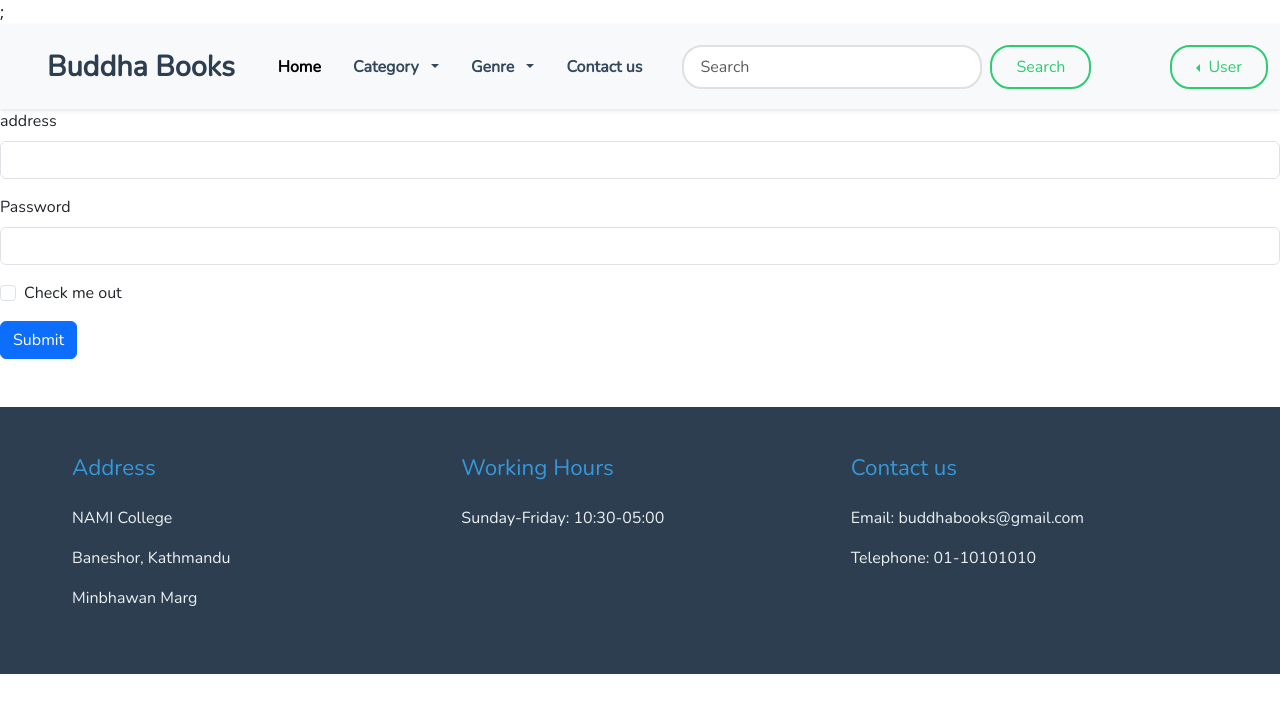
Repository: Shuprawal/Library-Management-System
Page: resources/views/addProfile.blade.php
An editor plug-in stored every save of this project. The page is shown before and after the next save, followed by the edit.
The browser window is 1280 px wide. The pictures show the whole page.
Some web libraries are served in a nearby version. The page is served by the project's Laravel application, run on PHP 8.4 with Laravel 12. Other server files are loaded and not shown. The database holds what the project's SQL file puts in it. The template is opened directly, without the code that normally fills it, so the values that code supplies are empty.

Above is the page before, as saved 2024-12-29 12:40:14.

### app/Providers/AppServiceProvider.php
<?php

namespace App\Providers;

use App\Models\Publisher;
use Illuminate\Support\ServiceProvider;
use Illuminate\Support\Facades\View;
use App\Models\Genre;
use App\Models\Author;
use App\Models\Book;
class AppServiceProvider extends ServiceProvider
{
    /**
     * Register any application services.
     */
    public function register(): void
    {
        //
    }

    /**
     * Bootstrap any application services.
     */
    public function boot(): void
    {
        //
        View::composer(['kitab', 'allbooklist', 'layouts.try'], function ($view) {
            $view->with('genres', Genre::all());
        });

        View::composer(['kitab', 'allbooklist', 'layouts.try'], function ($view) {
            $view->with('authors', Author::all());
        });

        View::composer(['kitab', 'allbooklist', 'layouts.try'], function ($view) {
            $view->with('publishers', Publisher::all());
        });

        View::composer(['list', 'index'], function ($view) {
            $view->with('books', Book::with(['authors', 'genres', 'publisher'])->get());
        });


        // View::composer('book', function ($view) {
        //     $view->with('book', function () {
        //         // Retrieve the book ID from the route
        //         $id = request()->route('id');

        //         // Fetch the book along with related models
        //         return Book::with(['authors', 'genres', 'publisher'])->findOrFail($id);
        //     });
        // });
        // public function index()
        // {
        //     $books = Book::with(['authors', 'genres', 'publisher'])->get();
        //     return view('allbooklist', compact('books'));
        // }
    }
}

### routes/web.php
<?php
use App\Http\Controllers\BookController;
use App\Http\Controllers\AuthorController;
use App\Http\Controllers\PublisherController;
use App\Http\Controllers\ProfileController;
use App\Http\Controllers\GenreController;
use Illuminate\Support\Facades\Route;
use Illuminate\Support\Facades\Auth;
use Laravel\Jetstream\Http\Controllers\Inertia\UserProfileController;

Route::get('/login', function () {
    return view('login');
})->name('login');

Route::get('/data', function () {
    return view('data');
});

Route::middleware([
    'auth:sanctum',
    config('jetstream.auth_session'),
    'verified',
])->group(function () {
    Route::get('/dashboard', function () {
        return view('dashboard');
    })->name('dashboard');
});

Route::get('/new', function () {
    return view('new');
});

Route::get('/', function () {
    return view('index');
})->name('home');



Route::get('/allist', function () {
    return view('authorlist');
})->name('authorlist');

Route::get('/addauthor', function () {
    return view('author.addauthor');
});


Route::get('/book', function () {
    return view('book');
})->name('book');

Route::get('/book2', function () {
    return view('book2');
})->name('book2');

Route::get('/booklist', function () {
    return view('booklist');
});

Route::get('/add', function () {
    return view('add');
});

Route::get('/addbook', function () {
    return view('addbook');
});

Route::get('/kitab', function () {
    return view('kitab');
})->name('kitab');

Route::get('/addmore', function () {
    return view('addmore');
});

Route::get('/addgenre', function () {
    return view('addgenre');
});

Route::get('/addpublisher', function () {
    return view('addpublisher');
});

Auth::routes();

// Route::get('/home', [App\Http\Controllers\HomeController::class, 'index'])->name('index');

// Route ::get('addpublisher',[PublisherController::class, 'index'])->name('publisher.index');
// Route ::get('addpublisher',[PublisherController::class, 'create'])->name('publisher.create');
// Route ::post('pulish',[PublisherController::class, 'store'])->name('publisher.store');


// Display a list of publishers (index)
Route::get('publishers', [PublisherController::class, 'index'])->name('publisher.index');

// Display the form to add a publisher (create)
Route::get('addpublisher', [PublisherController::class, 'create'])->name('publisher.create');

// Store the new publisher (store)
Route::post('addpublisher', [PublisherController::class, 'store'])->name('publisher.store');
Route::post('addpublisher', [PublisherController::class, 'store'])->name('publisher.store');
Route::post('kitab', [BookController::class, 'store'])->name('book.store');






Route::get('genres', [GenreController::class, 'index'])->name('genre.index');


Route::get('addgenre', [GenreController::class, 'create'])->name('genre.create');


Route::post('addgenre', [GenreController::class, 'store'])->name('genre.store');

// Route::get('/books/{genre}', [BookController::class, 'listByGenre'])->name('booklist');




Route::get('authors', [AuthorController::class, 'index'])->name('author.index');


Route::get('addauthor', [AuthorController::class, 'create'])->name('author.create');


Route::post('addauthor', [AuthorController::class, 'store'])->name('author.store');




Route::get('books', [BookController::class, 'index'])->name('book.index');


Route::get('kitab', [BookController::class, 'create'])->name('book.create');


Route::post('kitab', [BookController::class, 'store'])->name('book.store');

// Route::post('/kitab', [BookController::class, 'store']);

Route::get('/addNewBook',function(){
    return view('addNewBook');
})->name('new');


Route::get('/list', function () {
    return view('list');
})->name('list');


// Route::get('/booklist', function () {
//     return view('booklist');
// })->name('booklist');

Route::get('authorlist', [AuthorController::class, 'index'])->name('authorlist');
Route::delete('autorlist/{id}', [AuthorController::class, 'destroy'])->name('delete_author');

Route::get('genrelist', [GenreController::class, 'index'])->name('genrelist');
Route::delete('genrelist/{id}', [GenreController::class, 'destroy'])->name('delete_genre');

Route::get('publisherlist', [PublisherController::class, 'index'])->name('publisherlist');
Route::delete('publisher/{id}', [PublisherController::class, 'destroy'])->name('delete_publisher');


Route::get('allbooklist', [BookController::class, 'index'])->name('allbooklist');
Route::delete('allbooklist/{id}', [BookController::class, 'destroy'])->name('delete_book');

Route::get('/book/{id}', [BookController::class, 'show'])->name('book');


 Route::post('/publisherEdit/{id}', [PublisherController::class, 'edit'])->name('publisher_edit');


Route::get('/publisherEdit/{id}', [PublisherController::class, 'edit'])->name('publisher_edit');
Route::put('/publisherEdit/{id}', [PublisherController::class, 'update'])->name('publisher_update');



Route::post('/authorEdit/{id}', [AuthorController::class, 'edit'])->name('author_edit');


Route::get('/authorEdit/{id}', [AuthorController::class, 'edit'])->name('author_edit');
Route::put('/authorEdit/{id}', [AuthorController::class, 'update'])->name('author_update');


Route::post('/genreEdit/{id}',[GenreController::class,'edit'])->name('genre_edit');
Route::get('/genreEdit/{id}',[GenreController::class,'edit'])->name('genre_edit');
Route::put('genreEdit/{id}',[GenreController::class,'update'])->name('genre_update');

Route::get('bookEdit/{id}',[BookController::class,'edit'])->name('book_edit');
Route::post('bookEdit/{id}',[BookController::class,'edit'])->name('book_edit');
Route::put('bookEdit/{id}',[BookController::class,'update'])->name('book_update');

 Route::get('booklist/{id}',[BookController::class,'getBooksByGenre'])->name('booklist');







//  show profile

Route::middleware('auth')->group(function(){

    Route::get('profile',[ProfileController::class,'show'])->name('showProfile');
    Route::get('addprofile',[ProfileController::class,'create'])->name('profilecreate');
});

### resources/views/addProfile.blade.php
@extends('layouts.try');
@section('hom-body')
<form action="{{route('profilecreate')}}" method="Post">
@csrf


  <div class="mb-3">
    <label for="exampleInputEmail1" class="form-label">address</label>
    <input type="email" class="form-control" id="exampleInputEmail1" aria-describedby="emailHelp">

  </div>
  <div class="mb-3">
    <label for="exampleInputPassword1" class="form-label">Password</label>
    <input type="password" class="form-control" id="exampleInputPassword1">
  </div>
  <div class="mb-3 form-check">
    <input type="checkbox" class="form-check-input" id="exampleCheck1">
    <label class="form-check-label" for="exampleCheck1">Check me out</label>
  </div>
  <button type="submit" class="btn btn-primary">Submit</button>

</form>
@endsection

### app/Models/Genre.php
<?php

namespace App\Models;

use Illuminate\Database\Eloquent\Model;

class Genre extends Model
{
    protected $fillable = ['name'];

    public function books() {
        return $this->belongsToMany(Book::class, 'book_genres', 'genre_id', 'book_id');
    }
}

### app/Models/Author.php
<?php

namespace App\Models;

use Illuminate\Database\Eloquent\Model;

class Author extends Model
{
    protected $fillable = ['name'];

    // In Author Model
    public function books() {
        return $this->belongsToMany(Book::class, 'book_authors', 'authorID', 'bookID');
    }



}

### app/Models/Publisher.php
<?php

namespace App\Models;

use Illuminate\Database\Eloquent\Model;

class Publisher extends Model
{
    protected $fillable = ['name'];

    public function books() {
        return $this->hasMany(Book::class, 'publisherID','id');
    }
}

### library management system database.sql (the tables this page reads)
CREATE TABLE `authors` (
  `id` bigint(20) UNSIGNED NOT NULL,
  `name` varchar(255) NOT NULL,
  `created_at` timestamp NULL DEFAULT NULL,
  `updated_at` timestamp NULL DEFAULT NULL
) ENGINE=InnoDB DEFAULT CHARSET=utf8mb4 COLLATE=utf8mb4_unicode_ci;

INSERT INTO `authors` (`id`, `name`, `created_at`, `updated_at`) VALUES
(1, 'ram', '2024-12-23 05:53:07', '2024-12-23 05:53:07'),
(2, 'showan', '2024-12-23 05:53:38', '2024-12-23 05:53:38'),
(4, 'Nishan', '2024-12-23 06:12:34', '2024-12-23 06:12:34'),
(7, 'author one two', '2024-12-26 06:05:45', '2024-12-27 19:07:31'),
(8, 'Jane Austen', '2024-12-26 08:37:50', '2024-12-26 08:37:50'),
(9, 'Harper Lee', '2025-01-04 03:07:21', '2025-01-04 03:07:21'),
(10, 'Harold Bloom', '2025-01-04 03:16:23', '2025-01-04 03:16:23'),
(11, 'Sylvia Plath', '2025-01-04 03:23:03', '2025-01-04 03:23:03'),
(12, 'Don DeLillo', '2025-01-04 03:30:40', '2025-01-04 03:30:40'),
(13, 'Kazuo Ishiguro', '2025-01-04 03:41:48', '2025-01-04 03:41:48'),
(14, 'Hilary Mantel', '2025-01-04 03:48:40', '2025-01-04 03:48:40'),
(15, 'Marilynne Robinson', '2025-01-04 04:29:46', '2025-01-04 04:29:46'),
(16, 'Chimamanda Ngozi Adichie', '2025-01-04 04:37:14', '2025-01-04 04:37:14'),
(17, 'Buddhi Sagar', '2025-01-04 04:43:20', '2025-01-04 04:43:20'),
(18, 'Sudheer Sharma', '2025-01-04 04:49:10', '2025-01-04 04:49:10'),
(19, 'Thaddeus Kertzmann', '2025-01-05 00:06:17', '2025-01-05 00:06:17'),
(20, 'Marilie Wilkinson', '2025-01-05 00:06:17', '2025-01-05 00:06:17'),
(21, 'Rusty Johns', '2025-01-05 00:06:17', '2025-01-05 00:06:17'),
(22, 'Gunnar Lueilwitz', '2025-01-05 00:06:17', '2025-01-05 00:06:17'),
(23, 'Valentine Schowalter', '2025-01-05 00:06:17', '2025-01-05 00:06:17'),
(24, 'Henry Ortiz IV', '2025-01-05 00:06:17', '2025-01-05 00:06:17'),
(25, 'Edwina Schinner', '2025-01-05 00:06:17', '2025-01-05 00:06:17'),
(26, 'Jalon Johnson', '2025-01-05 00:06:17', '2025-01-05 00:06:17'),
(27, 'Kattie Lubowitz', '2025-01-05 00:06:17', '2025-01-05 00:06:17'),
(28, 'Dr. Forrest Rau', '2025-01-05 00:06:17', '2025-01-05 00:06:17'),
(29, 'Prof. Ian Hahn MD', '2025-01-05 00:06:17', '2025-01-05 00:06:17'),
(30, 'Mylene Gutmann', '2025-01-05 00:06:17', '2025-01-05 00:06:17'),
(31, 'Jamison Erdman III', '2025-01-05 00:06:17', '2025-01-05 00:06:17'),
(32, 'Jimmie Rohan', '2025-01-05 00:06:17', '2025-01-05 00:06:17'),
(33, 'Mr. Merritt Willms MD', '2025-01-05 00:06:17', '2025-01-05 00:06:17');

ALTER TABLE `authors`
  ADD PRIMARY KEY (`id`);

ALTER TABLE `authors`
  MODIFY `id` bigint(20) UNSIGNED NOT NULL AUTO_INCREMENT, AUTO_INCREMENT=34;

CREATE TABLE `genres` (
  `id` bigint(20) UNSIGNED NOT NULL,
  `name` varchar(255) NOT NULL,
  `created_at` timestamp NULL DEFAULT NULL,
  `updated_at` timestamp NULL DEFAULT NULL
) ENGINE=InnoDB DEFAULT CHARSET=utf8mb4 COLLATE=utf8mb4_unicode_ci;

INSERT INTO `genres` (`id`, `name`, `created_at`, `updated_at`) VALUES
(3, 'Action', '2024-12-23 05:19:01', '2024-12-27 19:37:51'),
(5, 'comedy', '2024-12-24 17:54:38', '2024-12-24 17:54:38'),
(6, 'Fantasy', '2024-12-24 17:55:35', '2024-12-24 17:55:35'),
(7, 'Horror', '2024-12-24 17:56:06', '2024-12-24 17:56:06'),
(8, 'Science Fiction', '2024-12-24 17:56:37', '2024-12-24 17:56:37'),
(9, 'Thriller', '2024-12-24 17:56:55', '2024-12-24 17:56:55'),
(10, 'Mystery', '2024-12-24 17:57:08', '2024-12-24 17:57:08'),
(12, 'Romance', '2024-12-26 08:34:08', '2024-12-26 08:34:08'),
(13, 'Fiction', '2024-12-26 08:34:22', '2024-12-26 08:34:22'),
(14, 'Biography', '2024-12-28 06:43:40', '2025-01-05 06:57:52'),
(15, 'Novel', '2025-01-04 03:15:48', '2025-01-04 03:15:48');

ALTER TABLE `genres`
  ADD PRIMARY KEY (`id`);

ALTER TABLE `genres`
  MODIFY `id` bigint(20) UNSIGNED NOT NULL AUTO_INCREMENT, AUTO_INCREMENT=16;

CREATE TABLE `publishers` (
  `id` bigint(20) UNSIGNED NOT NULL,
  `created_at` timestamp NULL DEFAULT NULL,
  `updated_at` timestamp NULL DEFAULT NULL,
  `name` varchar(30) NOT NULL,
  `address` varchar(30) NOT NULL
) ENGINE=InnoDB DEFAULT CHARSET=utf8mb4 COLLATE=utf8mb4_unicode_ci;

INSERT INTO `publishers` (`id`, `created_at`, `updated_at`, `name`, `address`) VALUES
(1, '2024-12-21 04:33:17', '2025-01-05 06:52:00', 'Ram Publishers', 'kathmandu nepal'),
(2, '2024-12-21 04:41:55', '2025-01-05 06:52:34', 'New Publisher', 'kathmandu'),
(3, '2024-12-21 17:25:32', '2025-01-05 06:51:39', 'We Publish', 'kathmandu'),
(5, '2024-12-21 23:50:11', '2025-01-05 06:50:56', 'rama', 'atlanta'),
(6, '2024-12-21 23:50:31', '2025-01-05 06:51:16', 'hari', 'New York, United States'),
(10, '2024-12-26 04:18:17', '2024-12-26 04:18:17', 'pub one', 'atlanta'),
(12, '2024-12-26 08:36:18', '2024-12-26 08:36:18', 'Dover Publications', 'New York, United States'),
(13, '2025-01-04 03:06:46', '2025-01-04 03:06:46', 'Bibliomania', 'Egypt'),
(14, '2025-01-04 03:15:05', '2025-01-04 03:15:05', 'Infobase', 'New York, United States'),
(15, '2025-01-04 03:30:24', '2025-01-04 03:30:24', 'Viking Adult', 'United States'),
(16, '2025-01-04 03:41:30', '2025-01-04 03:41:30', 'Faber and Faber', 'United Kingdom'),
(17, '2025-01-04 03:49:05', '2025-01-04 03:49:05', 'Fourth Estate', 'United Kingdom'),
(18, '2025-01-04 04:30:34', '2025-01-04 04:30:34', 'Farrar Straus and Giroux', 'United States'),
(19, '2025-01-04 04:42:50', '2025-01-04 04:42:50', 'FinePrint Publication', 'Nepal'),
(20, '2025-01-04 04:50:07', '2025-01-04 04:50:07', 'Kitab Publishers', 'Kathmandu, Nepal'),
(21, '2025-01-05 00:28:20', '2025-01-05 00:28:20', 'Williamson Ltd', '6306 Goodwin Shoals Apt. 309\nL'),
(22, '2025-01-05 00:28:20', '2025-01-05 00:28:20', 'Labadie, Hermiston and Bins', '60562 Gaylord Street Suite 597'),
(23, '2025-01-05 00:28:20', '2025-01-05 00:28:20', 'Watsica Inc', '8086 Eulalia Orchard\nPort Alis'),
(24, '2025-01-05 00:28:20', '2025-01-05 00:28:20', 'Mann and Sons', '68884 O\'Keefe Point\nIgnatiusmo'),
(25, '2025-01-05 00:28:20', '2025-01-05 00:28:20', 'Hermiston Ltd', '2903 Kilback Street\nPadbergfur'),
(26, '2025-01-05 00:28:20', '2025-01-05 00:28:20', 'Kiehn, Steuber and Herzog', '848 Unique Locks Apt. 760\nEast'),
(27, '2025-01-05 00:28:20', '2025-01-05 00:28:20', 'Nicolas and Sons', '834 Effertz Pine Suite 736\nPet'),
(28, '2025-01-05 00:28:20', '2025-01-05 00:28:20', 'Maggio Group', '9788 Koss Mount Apt. 425\nVinni'),
(29, '2025-01-05 00:28:20', '2025-01-05 00:28:20', 'Erdman Inc', '770 Ariel Ranch Apt. 969\nUpton'),
(30, '2025-01-05 00:28:20', '2025-01-05 00:28:20', 'Hermiston, Cremin and O\'Keefe', '2780 Jazmyne Stravenue\nElfried'),
(31, '2025-01-05 00:28:20', '2025-01-05 00:28:20', 'Schimmel Ltd', '225 Stephanie Greens\nSouth Alt'),
(32, '2025-01-05 00:28:20', '2025-01-05 00:28:20', 'Kunze, Dach and Miller', '9410 Gertrude View\nEast Mathew');

ALTER TABLE `publishers`
  ADD PRIMARY KEY (`id`);

ALTER TABLE `publishers`
  MODIFY `id` bigint(20) UNSIGNED NOT NULL AUTO_INCREMENT, AUTO_INCREMENT=33;

Loaded but not shown: app/Http/Controllers/Auth/ConfirmPasswordController.php (common file); app/Http/Controllers/Controller.php (common file); resources/views/layouts/try.blade.php (469 lines, source omitted)

After the next save:
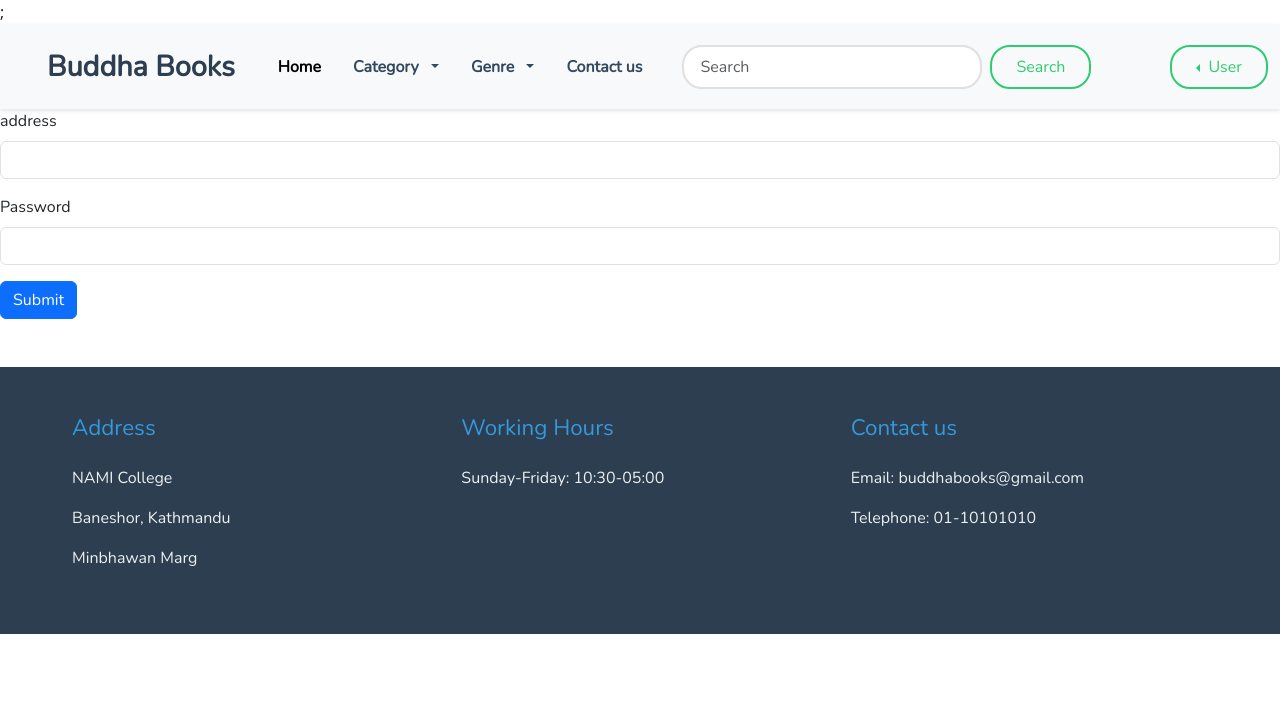
Saved 15 s later.
--- a/resources/views/addProfile.blade.php
+++ b/resources/views/addProfile.blade.php
@@ -13,10 +13,10 @@
     <label for="exampleInputPassword1" class="form-label">Password</label>
     <input type="password" class="form-control" id="exampleInputPassword1">
   </div>
-  <div class="mb-3 form-check">
+  <!-- <div class="mb-3 form-check">
     <input type="checkbox" class="form-check-input" id="exampleCheck1">
     <label class="form-check-label" for="exampleCheck1">Check me out</label>
-  </div>
+  </div> -->
   <button type="submit" class="btn btn-primary">Submit</button>
 
 </form>
